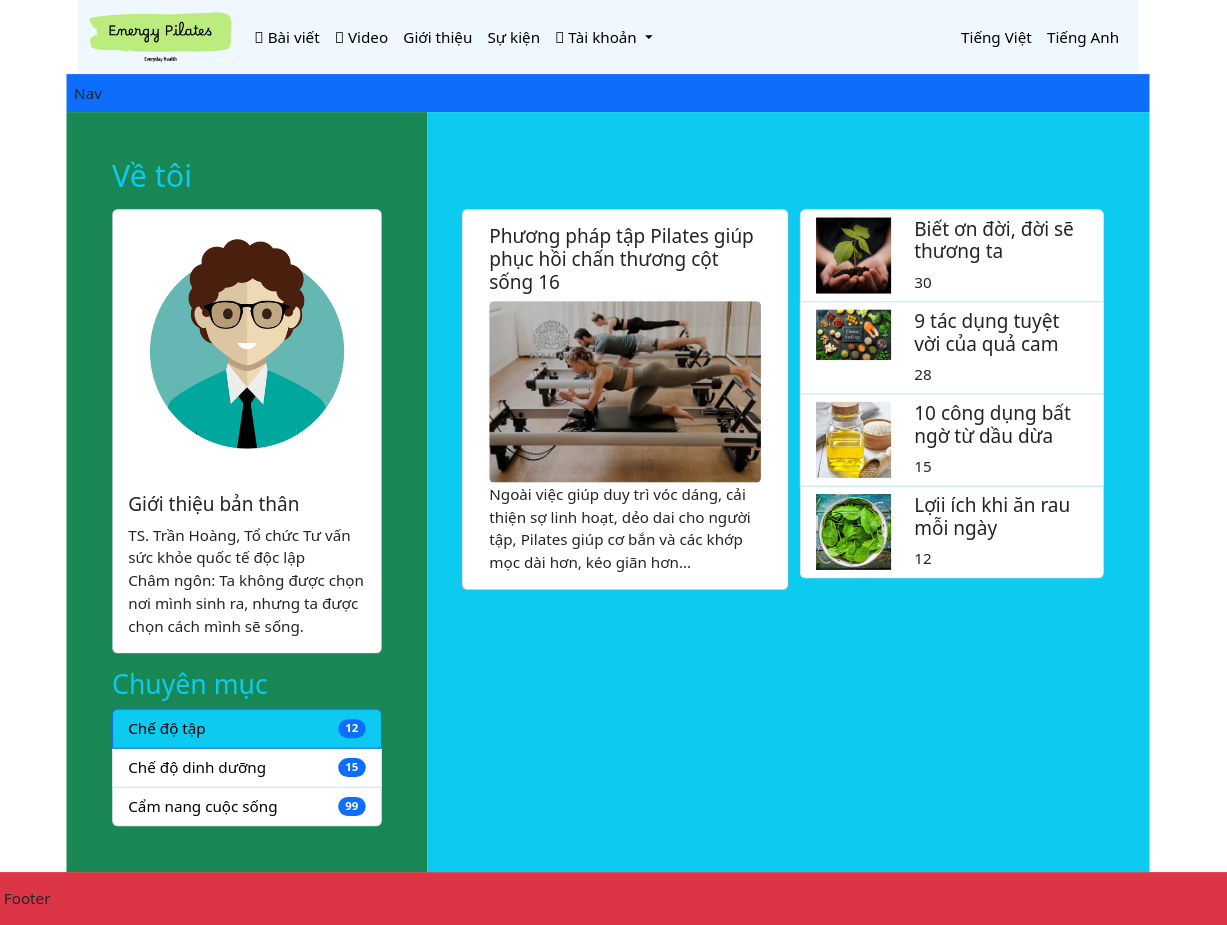
Repository: KizukoHeiwa/SOF308
Page: Lab1/index.html
The author's editor kept a copy of each file at every save. The page is drawn from the files as they stood at one save, then again after the next save.
The browser window is 1280 px wide. The page is 1292 px wide, so the pictures cover 1292 px, including what lies to the right of the window. The pictures show the whole page, at 95% of full size.

Above is the page before, as saved 2024-10-31 10:39:22.

After the next save:
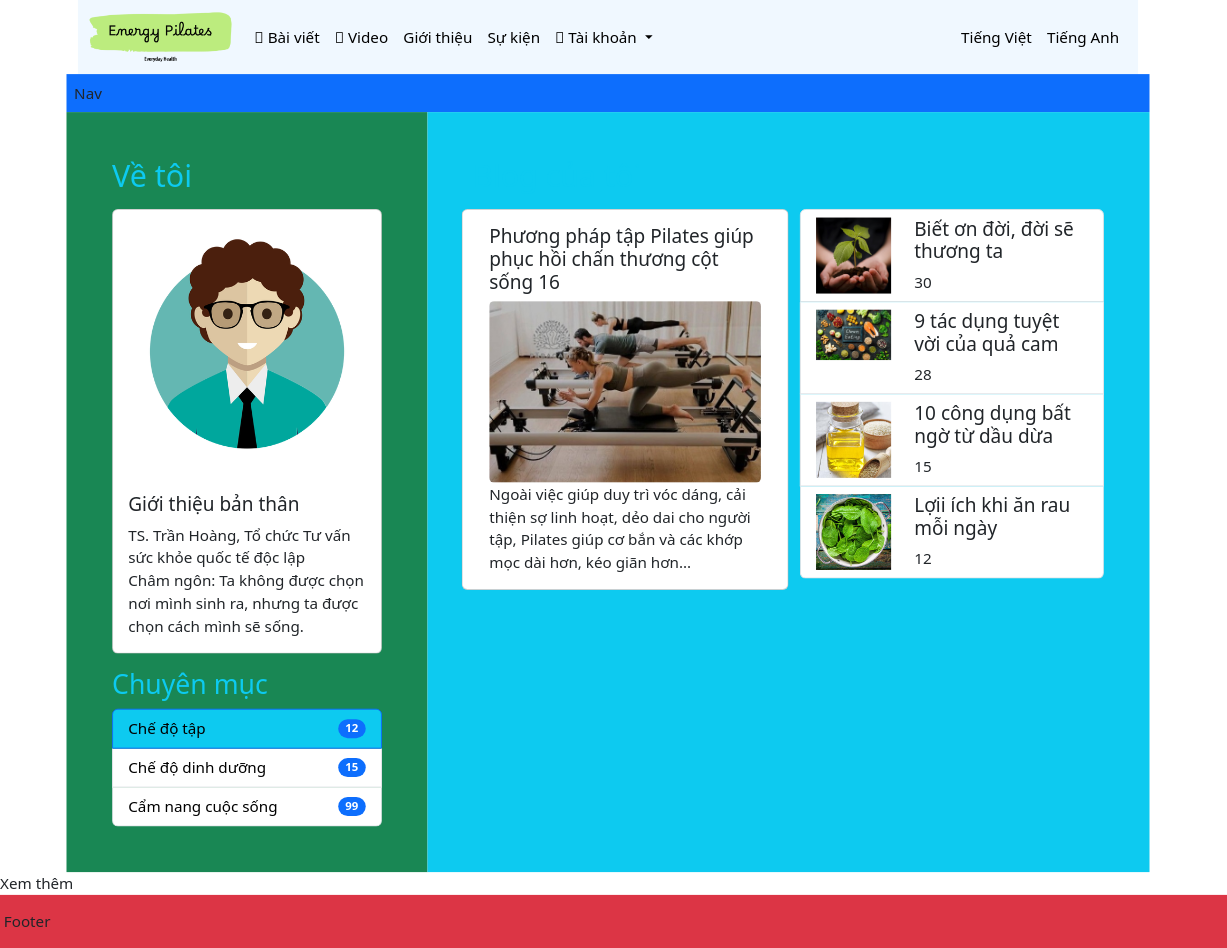
Saved 30 s later.
--- a/Lab1/index.html
+++ b/Lab1/index.html
@@ -162,6 +162,7 @@
                         </div>
                     </div>
                 </div>
+                <div class="btn-info">Xem thêm</div>
             </article>
         </section>
         <footer class="row bg-danger p-3">Footer</footer>

After the 2 saves that followed:
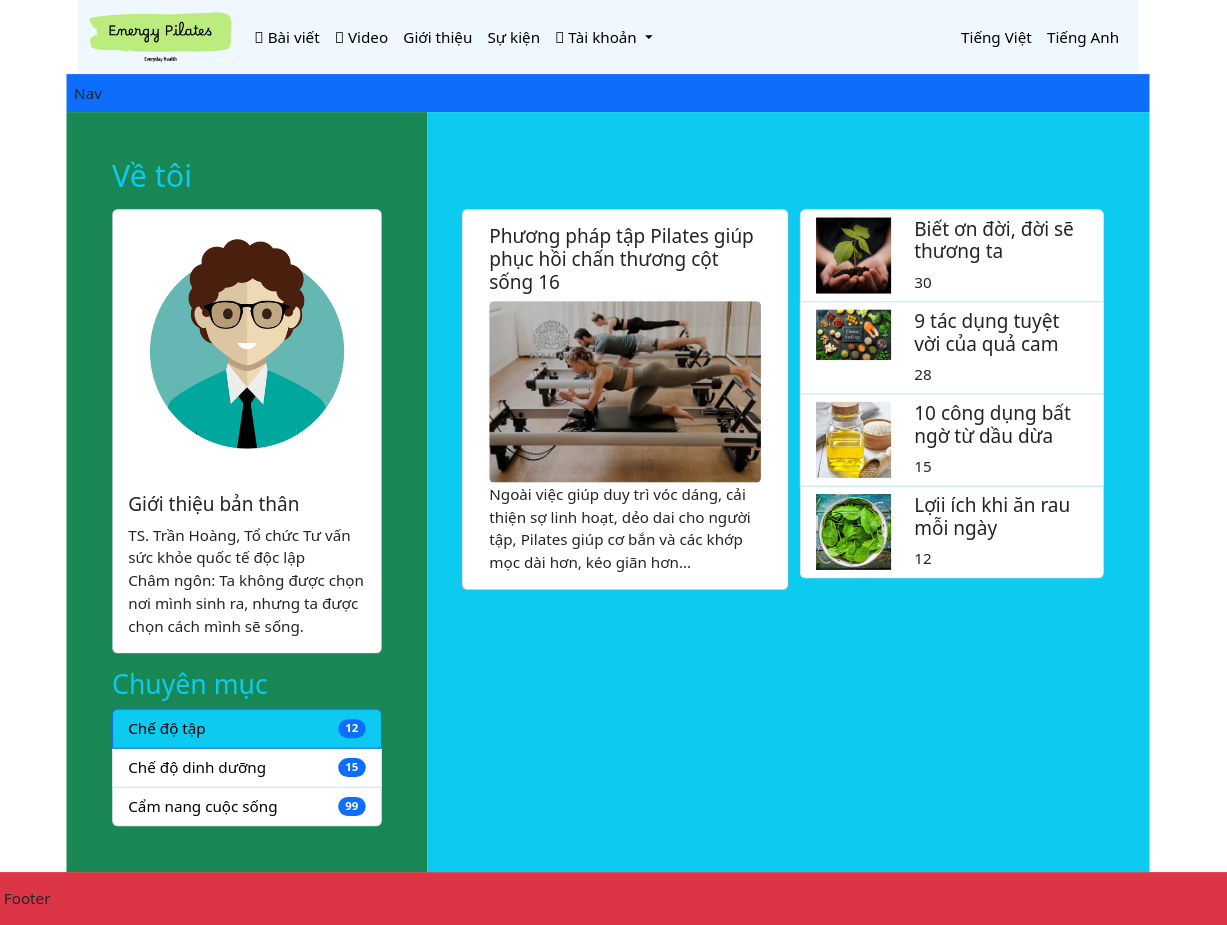
The 2 saves are shown as one change because 1 left the picture as it was.
The last was saved 27 s later.
--- a/Lab1/index.html
+++ b/Lab1/index.html
@@ -162,7 +162,6 @@
                         </div>
                     </div>
                 </div>
-                <div class="btn-info">Xem thêm</div>
             </article>
         </section>
         <footer class="row bg-danger p-3">Footer</footer>
